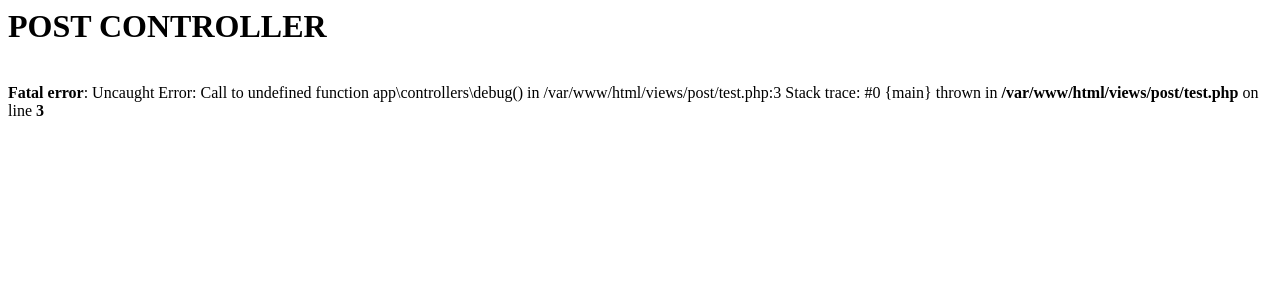
Repository: sherali4/stat
Page: http://localhost/stat/views/post/test.php
These files come from the project's save history. The page is drawn as it stood at one moment and after the next save; the edit follows.
The browser window is 1280 px wide. The pictures show the whole page.
The page is run by PHP 8.4 with error messages shown; the project is at /var/www/html/.

Above is the page before, as saved 2021-09-02 22:10:28.

After the next save:
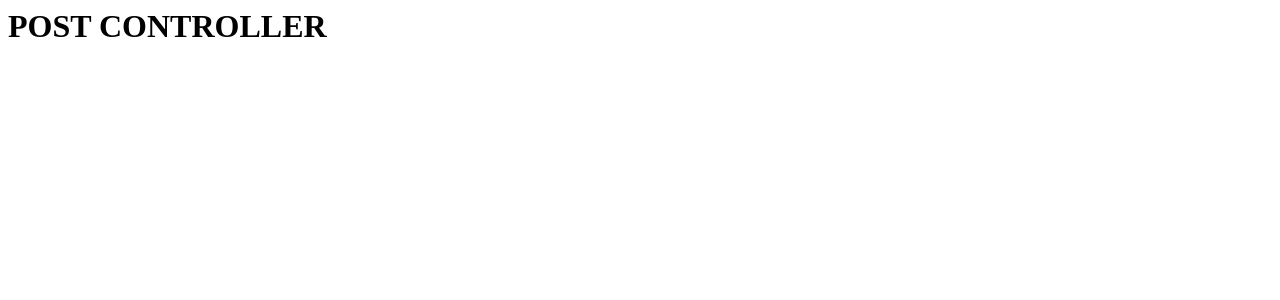
Saved 2 min 24 s later.
--- a/views/post/test.php
+++ b/views/post/test.php
@@ -1,4 +1,4 @@
 <h1>POST CONTROLLER</h1>
 <?php
-\app\controllers\debug(Yii::$app);
+/* \app\controllers\debug(Yii::$app); */
 ?>
